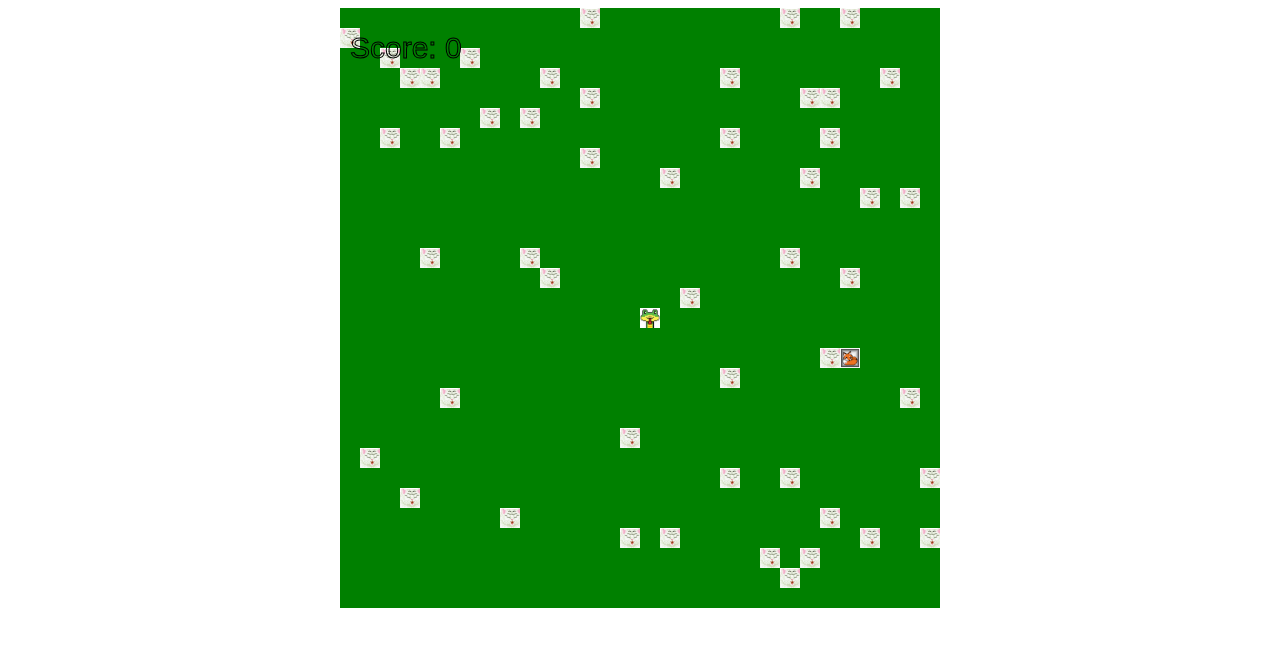
Repository: melon-husk/snakeGame
Page: index2.html
The author's editor kept a copy of each file at every save. The page is drawn from the files as they stood at one save, then again after the next save.
The browser window is 1280 px wide. The pictures show the whole page.

Above is the page before, as saved 2020-05-25 18:47:12.

After the next save:
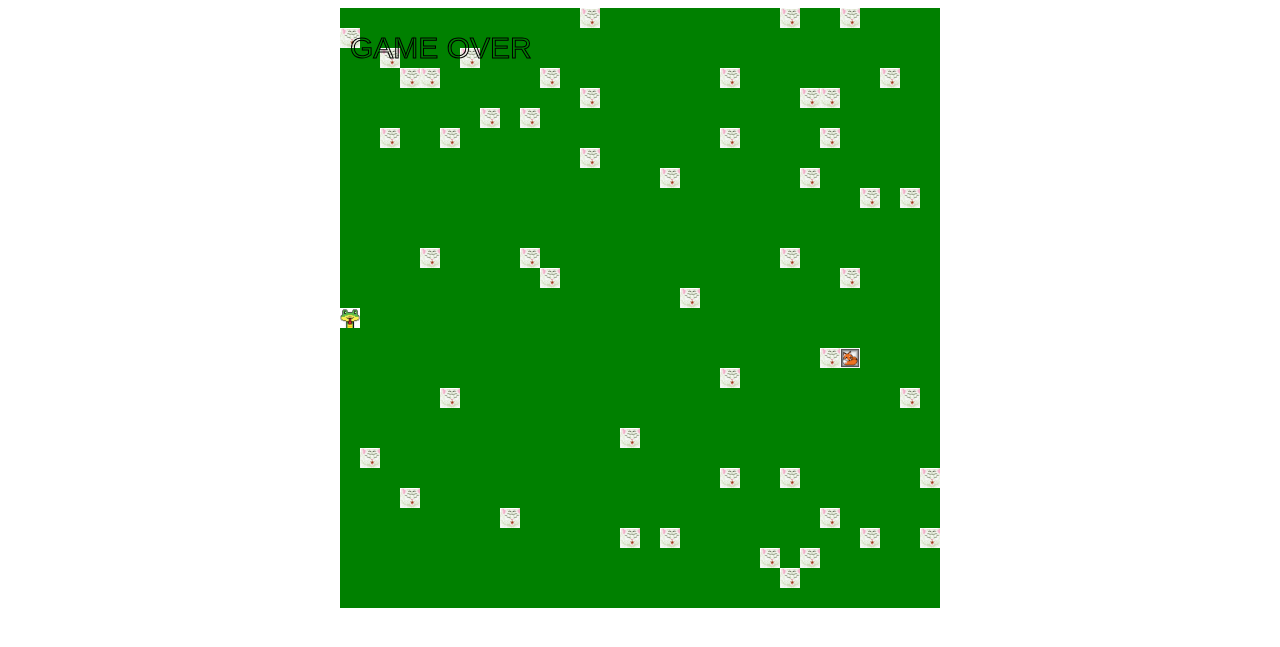
Console error: TypeError: Cannot read properties of undefined (reading 'x')
Saved 33 min 1 s later.
--- a/script.js
+++ b/script.js
@@ -85,7 +85,7 @@
 
 //control the snake
 
-let d;
+let d = 'LEFT';
 
 document.addEventListener ('keydown', direction);
 
@@ -114,8 +114,85 @@
 }
 //everything to the canvas
 const enemies = 3;
-
+function drawElements (arr, img, width, height) {
+  for (let i = 1; i < arr.length; i++) {
+    ctx.drawImage (img, arr[0].x, arr[0].y, width, height);
+  }
+}
+function getSnakeDirectionalCoordinates (
+  snakeCoordinates,
+  direction,
+  width,
+  height,
+  reverseDirection = false
+) {
+  let snakeX, snakeY;
+  if (direction == 'LEFT' && !reverseDirection) snakeX -= width;
+  else if (direction == 'UP' && !reverseDirection) snakeY -= height;
+  else if (direction == 'RIGHT' && !reverseDirection) snakeX += width;
+  else if (direction == 'DOWN' && !reverseDirection) snakeY += height;
+  else if (direction == 'LEFT' && reverseDirection)
+    return getSnakeDirectionalCoordinates (
+      snakeCoordinates,
+      'RIGHT',
+      width,
+      height
+    );
+  else if (direction == 'UP' && reverseDirection)
+    return getSnakeDirectionalCoordinates (
+      snakeCoordinates,
+      'DOWN',
+      width,
+      height
+    );
+  else if (direction == 'RIGHT' && reverseDirection)
+    return getSnakeDirectionalCoordinates (
+      snakeCoordinates,
+      'LEFT',
+      width,
+      height
+    );
+  else if (direction == 'DOWN' && reverseDirection)
+    return getSnakeDirectionalCoordinates (
+      snakeCoordinates,
+      'UP',
+      width,
+      height
+    );
+  return {x: snakeX, y: snakeY};
+}
+
+function elementCollision (element, arr) {
+  for (let i = 0; i < arr.length; i++) {
+    if (element.x == arr[i].x && element.y == arr[i].y) {
+      arr.splice (i, 1);
+      return true;
+    }
+  }
+  return false;
+}
+function borderCollision (element, width, height) {
+  if (
+    element.x <= -1 ||
+    element.x >= width ||
+    element.y <= -1 ||
+    element.y >= height
+  )
+    return true;
+  return false;
+}
 function draw (recursive = false, isFriend = null) {
+  // add new coordinate to snake array using direction
+  // Check collision with friends, enemies or border
+  // friend collition, remove friend, add new friend
+  // Enemy collison, remove enemy, add new enemy. Remove snake end
+  // border collision, reverse direction
+
+  // Draw box
+  // Draw snake
+  // Draw enemies
+  // Draw Friends
+
   // old head position
   let snakeX = snake[0].x;
   let snakeY = snake[0].y;
